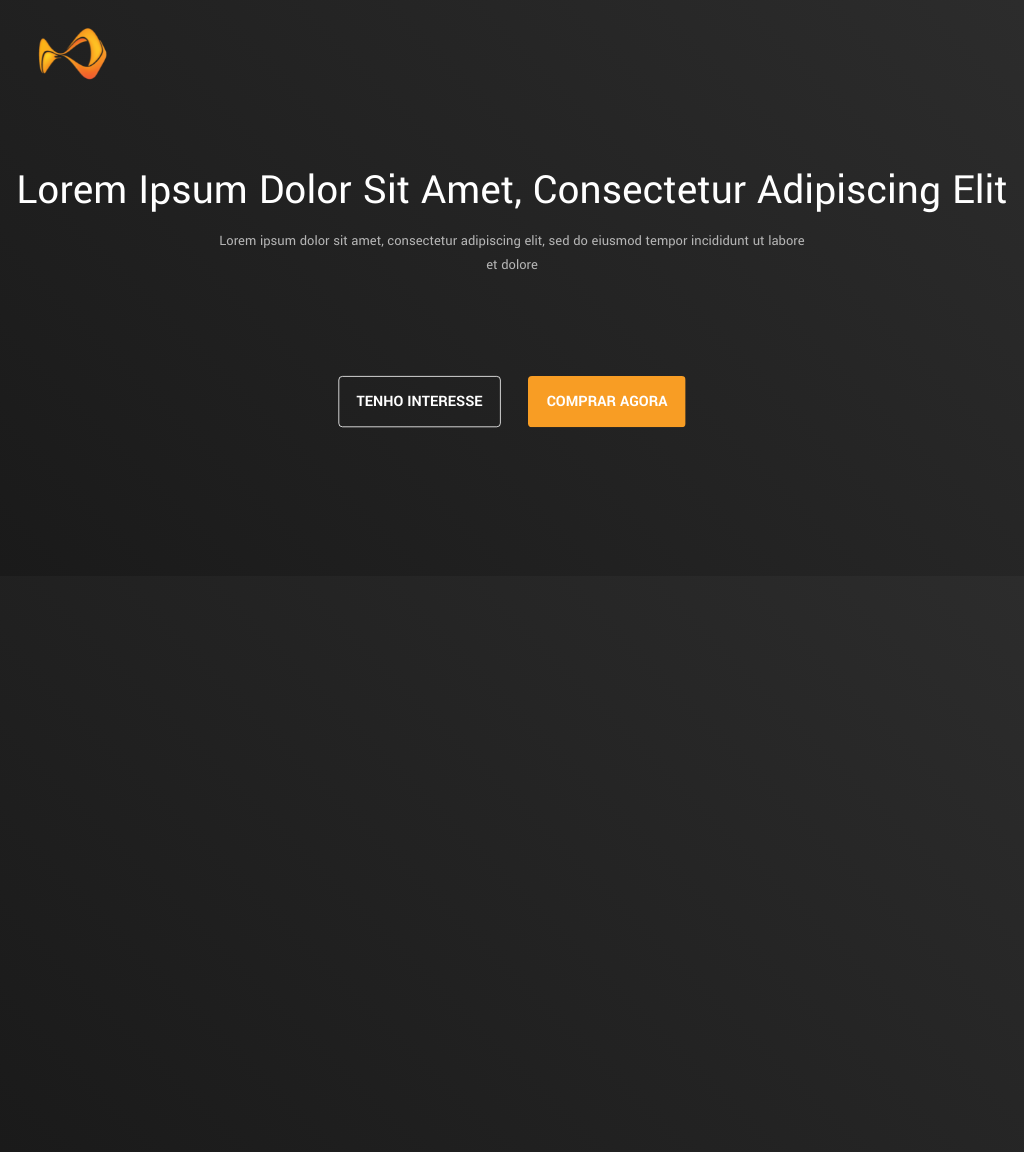
Repository: Rafael-Araujo-dev/Treinamento-Raccoon
Page: Projeto-2/index.html
An editor plug-in stored every save of this project. The page is shown before and after a run of saves, followed by the edit.
The browser window is 1280 px wide. The pictures show the whole page, at 80% of full size.

Above is the page before, as saved 2021-09-23 07:43:21.

After the next 2 saves:
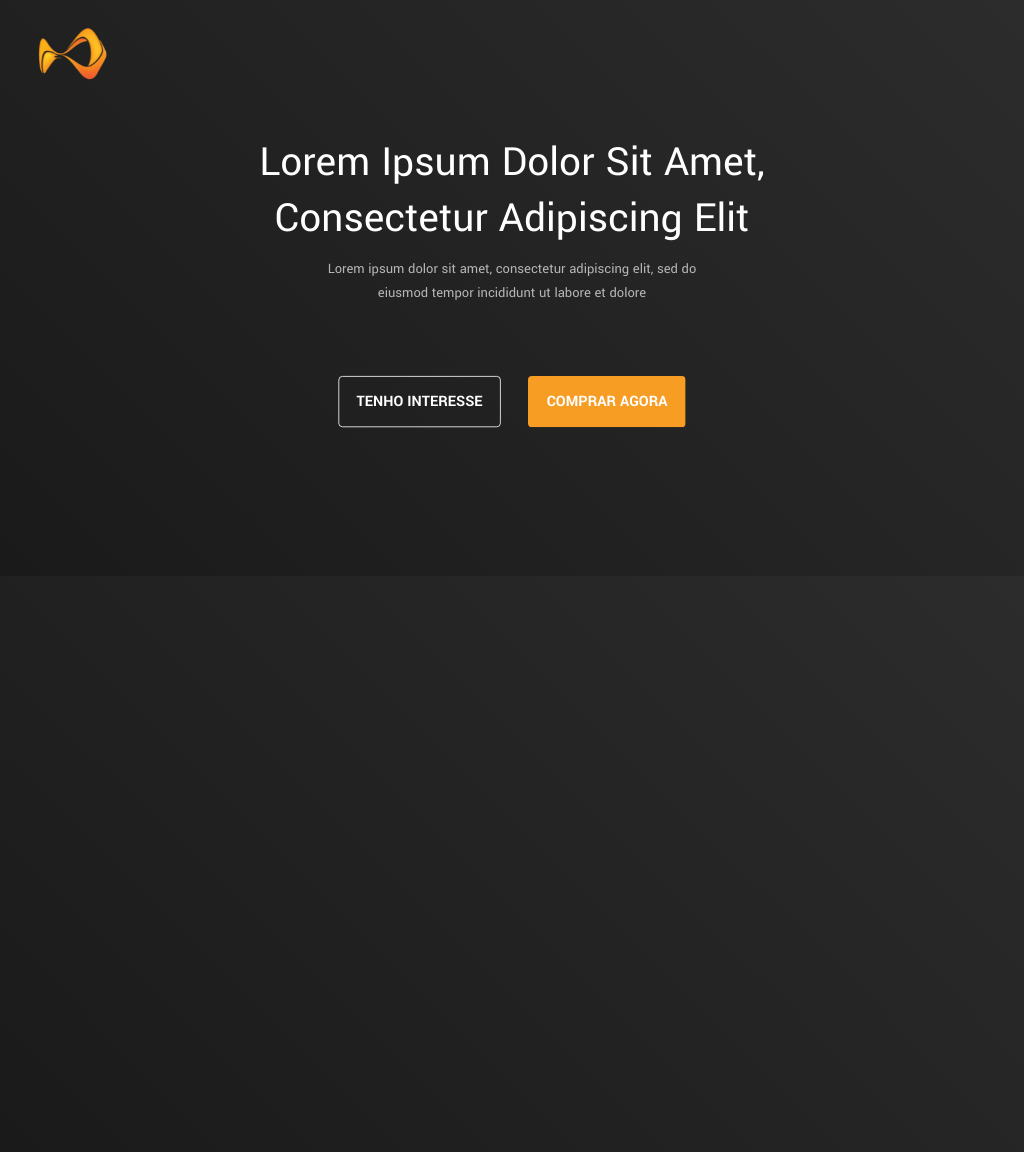
The 2 saves are shown as one change because they came seconds apart.
The last was saved 25 s later.
--- a/Projeto-2/index.html
+++ b/Projeto-2/index.html
@@ -16,7 +16,7 @@
             </div>
             <div class="hero-container">
                 <div class="hero-title">
-                    Lorem ipsum dolor sit amet, consectetur adipiscing elit
+                    Lorem ipsum dolor sit amet,<br> consectetur adipiscing elit
                 </div>
                 <div class="hero-text">
                     Lorem ipsum dolor sit amet, consectetur adipiscing elit, sed do eiusmod tempor incididunt ut labore et dolore
